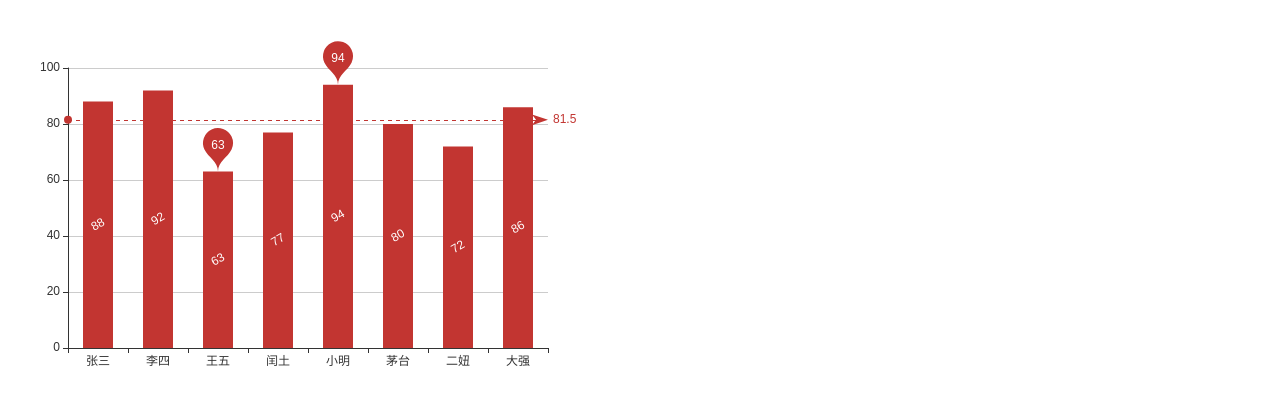
Repository: lm101845/LearnDataVisualization
Page: 02-Echarts/02-代码手敲/03.柱状图的实现.html
These files come from the project's save history. The page is drawn as it stood at one moment and after the next save; the edit follows.
The browser window is 1280 px wide. The pictures show the whole page.

Above is the page before, as saved 2022-03-10 00:00:36.

### 02-Echarts/02-代码手敲/03.柱状图的实现.html
<!--
 * @Author: liming
 * @Date: 2022-03-09 23:29:46
 * @LastEditTime: 2022-03-09 23:29:46
 * @FilePath: \02-Echarts\02-代码手敲\03.柱状图的实现.html
-->
<!--
    1. ECharts最基本的代码结构
    2. x轴数据:['张三', '李四', '王五', '闰土', '小明', '茅台', '二妞', '大强']
    3. y轴数据:[88, 92, 63, 77, 94, 80, 72, 86]
    4. 将type的值设置为bar
 -->
<!DOCTYPE html>
<html lang="en">

<head>
    <meta charset="UTF-8">
    <meta http-equiv="X-UA-Compatible" content="IE=edge">
    <meta name="viewport" content="width=device-width, initial-scale=1.0">
    <title>Document</title>
    <!-- 1.引入 -->
    <script src="lib/echarts.min.js"></script>
</head>

<body>
    <!-- 2.准备盒子 -->
    <div style="width: 600px;height:400px"></div>
    <script>
        // 3.初始化echarts实例对象
        let myCharts = echarts.init(document.querySelector("div"))

        let xDataArr = ['张三', '李四', '王五', '闰土', '小明', '茅台', '二妞', '大强']
        let yDataArr = [88, 92, 63, 77, 94, 80, 72, 86]
            //4.准备配置项——除了这一步，其他代码都是一模一样的
            //option就配置3个东西：x轴，y轴，series
            //其中x,y都是对象,而series是一个数组，数组里面是一个一个对象
        let options = {
                //x轴是分类轴
                xAxis: {
                    type: 'category',
                    data: xDataArr
                },
                //y轴是数值轴,data可以不写在y轴上面，因为y轴的数据是由series决定的
                yAxis: {
                    type: 'value'
                },
                series: [{
                    name: '语文',
                    type: 'bar', //bar表示柱状图
                    data: yDataArr,
                    //最大值\最小值  markPoint
                    markPoint: {
                        data: [{
                            type: 'max',
                            name: '最大值'
                        }, {
                            type: 'min',
                            name: '最小值'
                        }]
                    },
                    //平均值  markLine
                    markLine: {
                        data: [{
                            type: 'average',
                            name: '平均值'
                        }]

                    },
                    //数值显示  label
                    label: {
                        show: true,
                        rotate: 30, // 旋转角度
                        //position: 'top', // 标签的位置
                    },
                    //柱宽度  barWidth
                    barWidth: 30,
                }]
            }
            //5.将配置项设置给echarts实例对象
        myCharts.setOption(options)
    </script>
</body>

</html>

Loaded but not shown: 02-Echarts/02-代码手敲/lib/echarts.min.js (library)

After the next save:
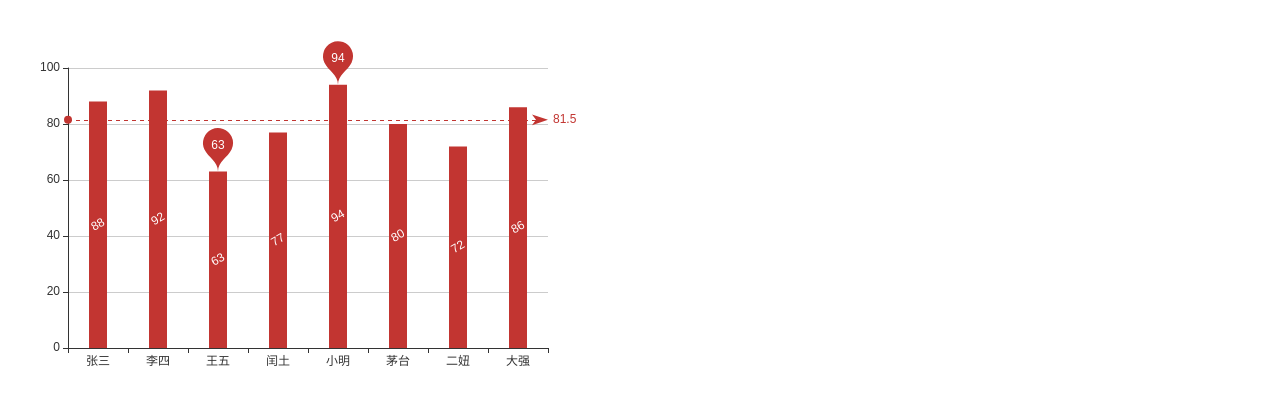
Saved 14 s later.
--- a/02-Echarts/02-代码手敲/03.柱状图的实现.html
+++ b/02-Echarts/02-代码手敲/03.柱状图的实现.html
@@ -73,7 +73,7 @@
                         //position: 'top', // 标签的位置
                     },
                     //柱宽度  barWidth
-                    barWidth: 30,
+                    barWidth: '30%',
                 }]
             }
             //5.将配置项设置给echarts实例对象
